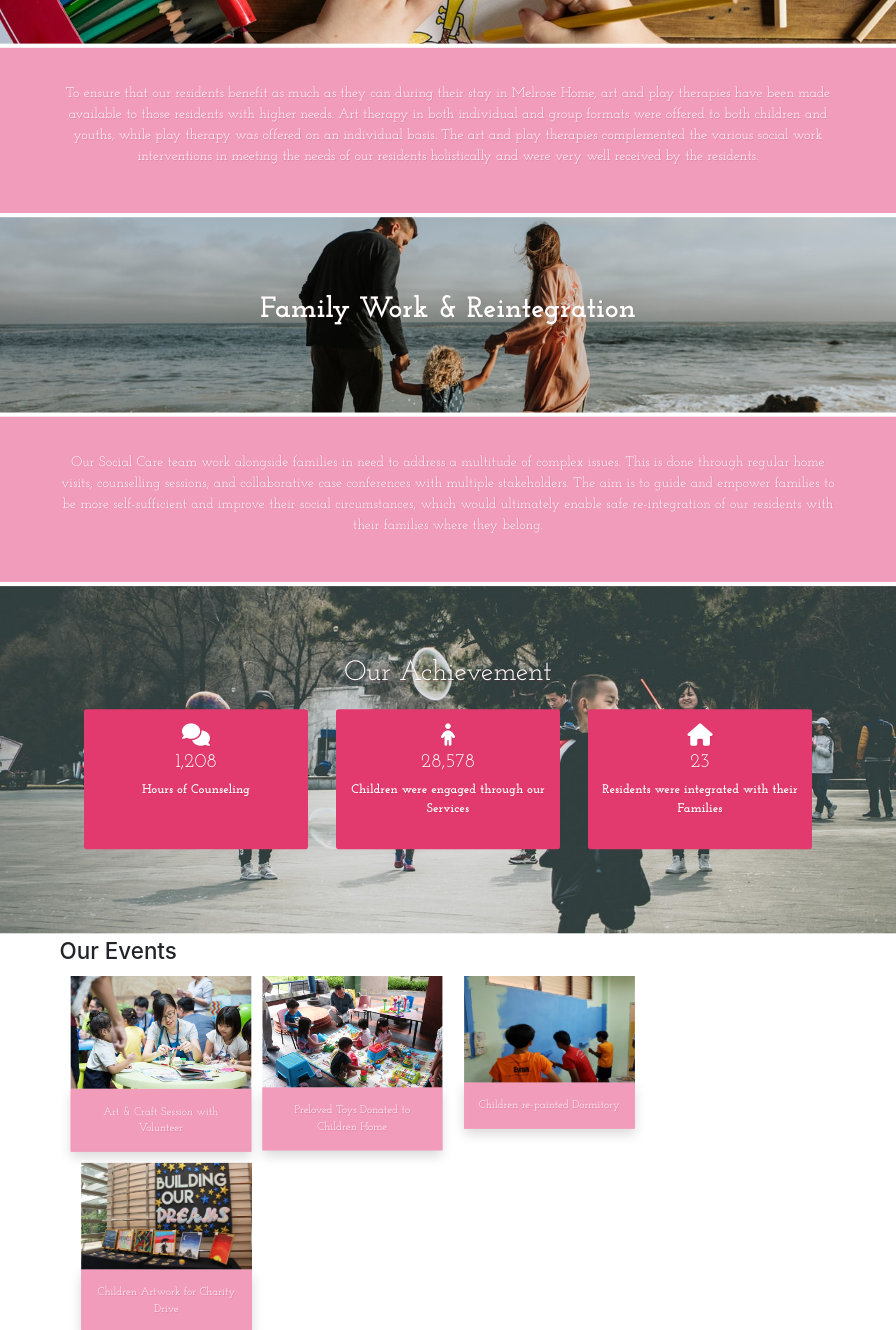
Repository: Code-Institute-Submissions/Jasonngyt-Project1
Page: services.html
The author's editor kept a record of every edit. The page is drawn from the files as they stood at one moment, then again after the next edit.
The browser window is 1280 px wide. The pictures show the part of the page from y = 885 to 2785 px (the page is 3119 px tall), at 70% of full size.
A picture or video elsewhere on the page could not be fetched, so the positions and the page height are approximate. Backgrounds fixed to the window are drawn as part of the page. Some web fonts or font styles are not loaded; a fallback is used. Some web libraries are served in a nearby version.

Above is the page before.

After the next edit:
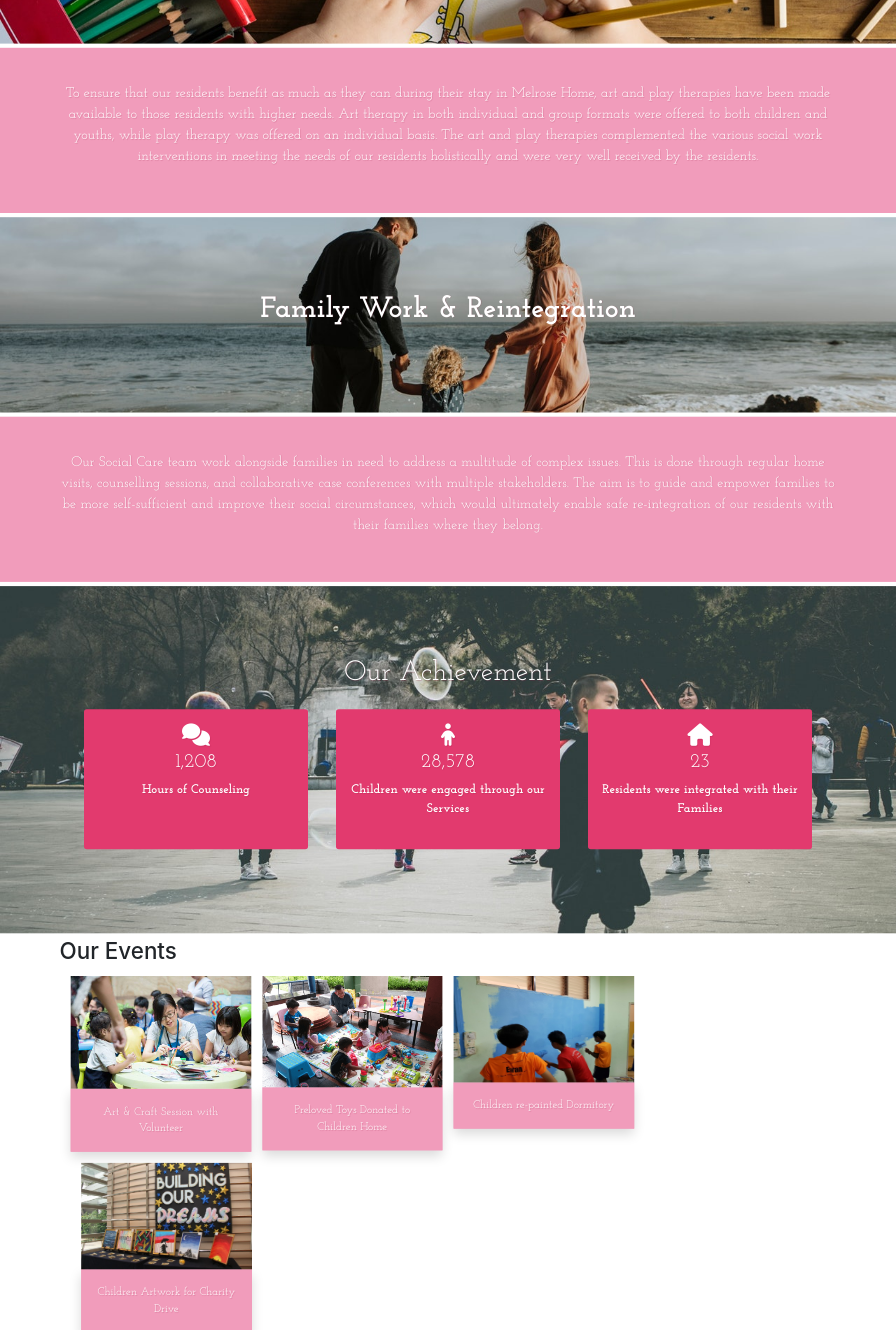
The edit:
--- a/services.html
+++ b/services.html
@@ -109,7 +109,7 @@
             <div class="col-sm-5 col-md-3 card-img-top p-2"><img src ="image/event2_photo.png" class ="w-100">
                 <div class="card-body text-center shadow event_style">Preloved Toys Donated to  Children Home</div>
             </div>
-            <div class="col-sm-5 col-md-3 card-img-top m-2"><img src ="image/event3_photo.jpg" class ="w-100" style="height:152px;">
+            <div class="col-sm-5 col-md-3 card-img-top p-2"><img src ="image/event3_photo.jpg" class ="w-100" style="height:152px;">
                 <div class="card-body text-center shadow event_style">Children re-painted Dormitory</div>
             </div>
             <div class="col-sm-5 col-md-3 card-img-top m-2"><img src ="image/event4_photo.jpg" class ="w-100" style="height:152px;">
